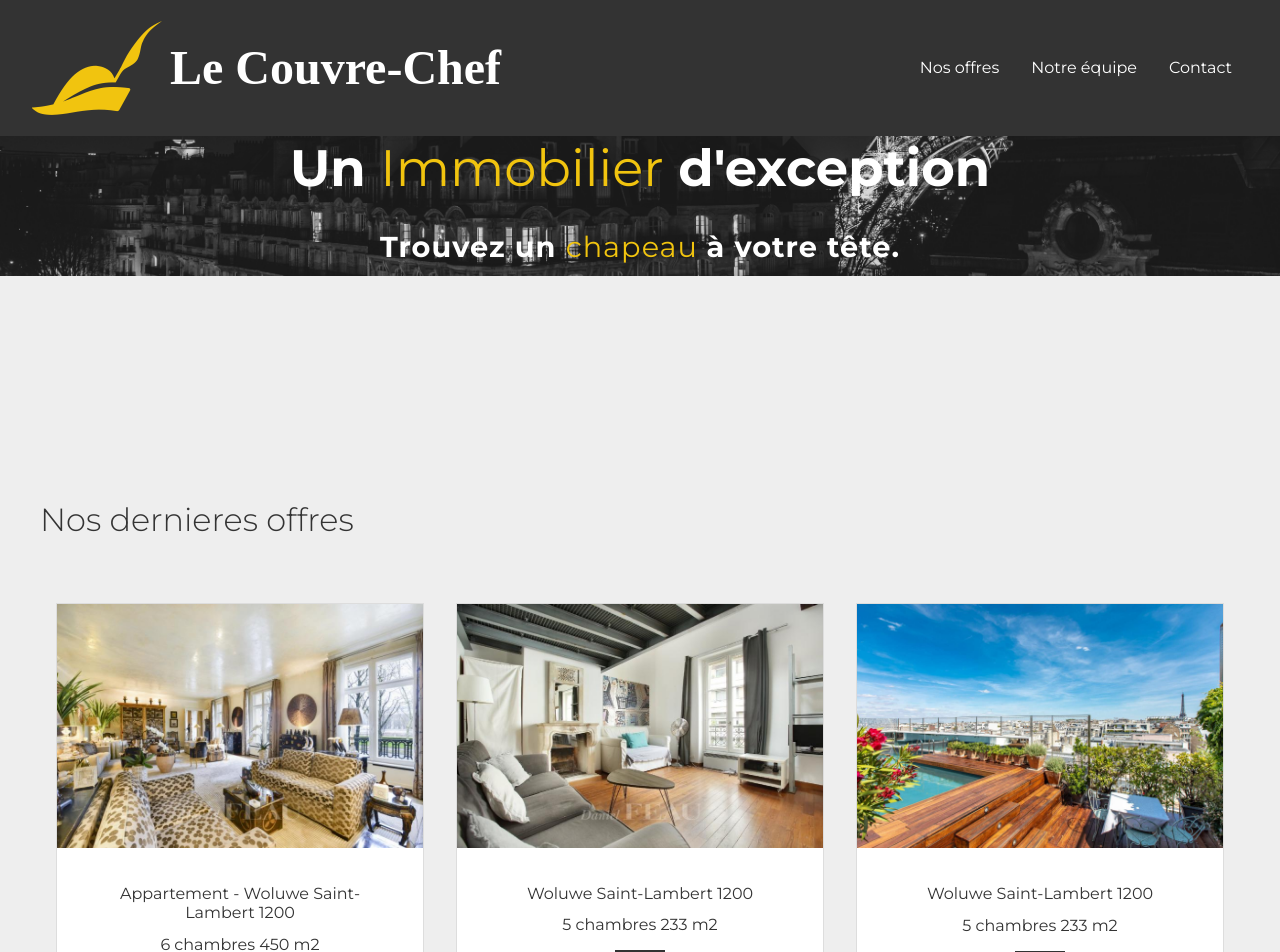
Repository: Hiliyeh/immo
Page: index.html
These files come from the project's save history. The page is drawn as it stood at one moment and after the next save; the edit follows.
The browser window is 1280 px wide. The pictures show the part of the page from y = 0 to 952 px (the page is 3799 px tall before and 4139 px after).
Some web fonts or font styles are not loaded; a fallback is used. Some web libraries are served in a nearby version.

Above is the page before, as saved 2020-05-06 15:17:06.

After the next save:
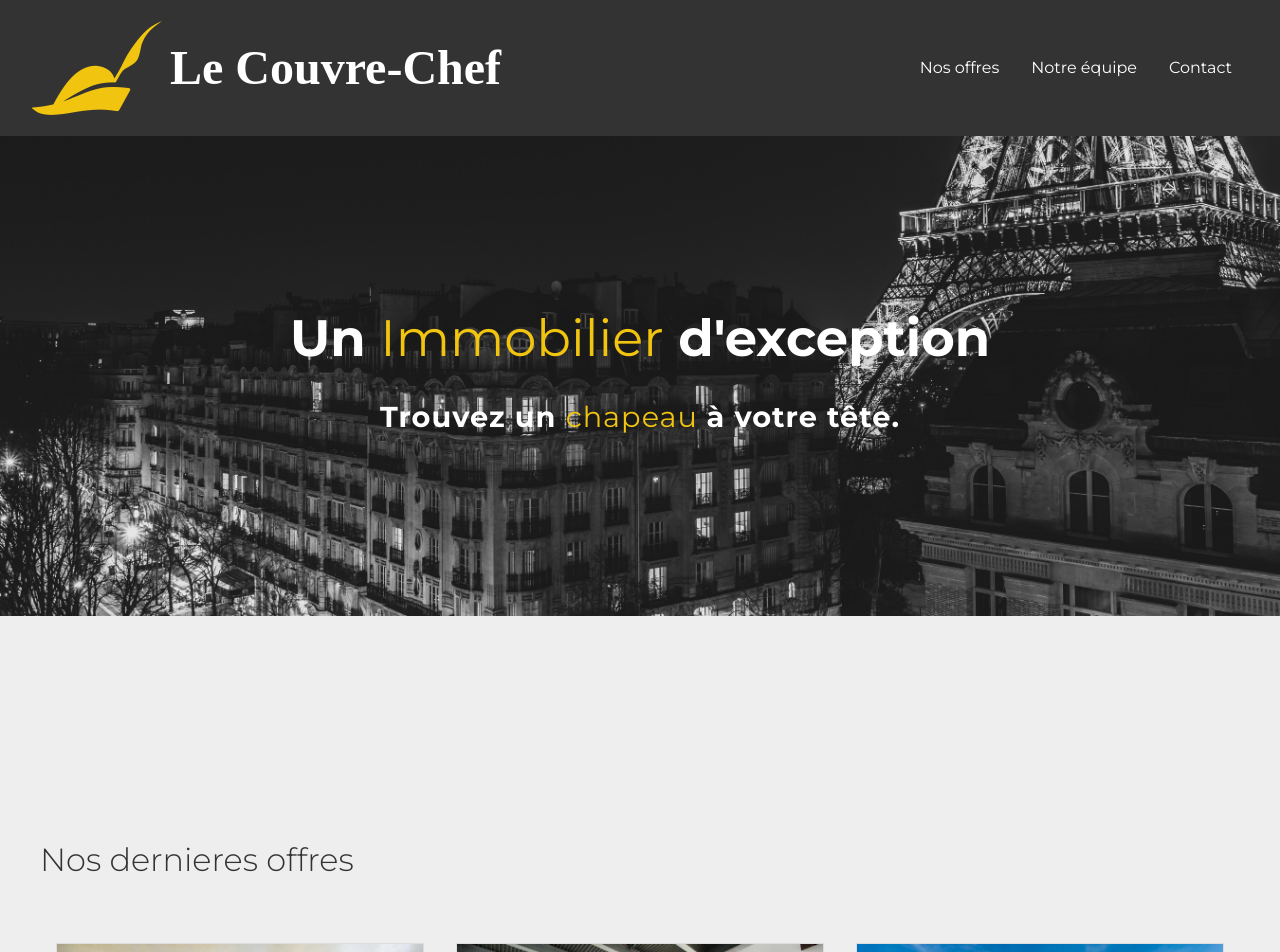
Saved 111 s later.
--- a/css/style.CSS
+++ b/css/style.CSS
@@ -95,6 +95,7 @@
   align-items: center;
   margin-bottom: 4rem;
   background: url("../img/frame.jpg") center/cover;
+  min-height:30rem ;
 }
 
 .vp-content {
